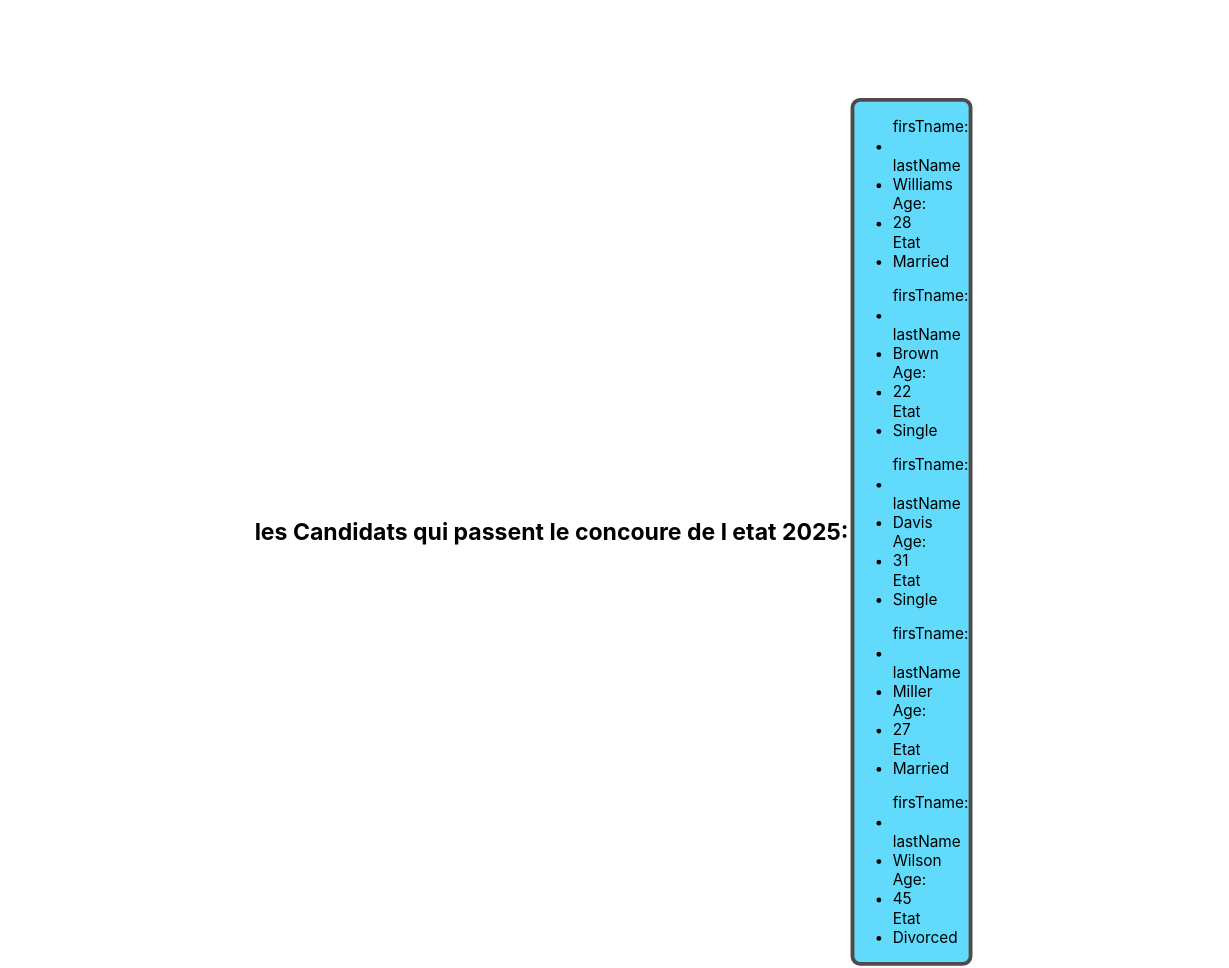
Repository: gounaine/Add_candidat
Page: /
An editor plug-in stored every save of this project. The page is shown before and after the next save, followed by the edit.
The browser window is 1280 px wide. The pictures show the whole page, at 96% of full size.
The project was rebuilt for these pictures with package versions that can differ from the ones it lists, and the page was loaded fresh each time.

Above is the page before, as saved 2024-05-26 20:37:39.

### src/index.js
import React from 'react';
import ReactDOM from 'react-dom/client';
import './index.css';
import App from './App';
import Person from './person';
import reportWebVitals from './reportWebVitals';
import data from './data';


const root = ReactDOM.createRoot(document.getElementById('root'));
root.render(
  <React.StrictMode>
    <App/>
    <Person data={data }></Person>


  </React.StrictMode>
);

// If you want to start measuring performance in your app, pass a function
// to log results (for example: reportWebVitals(console.log))
// or send to an analytics endpoint. Learn more: https://bit.ly/CRA-vitals
reportWebVitals();

### src/App.js


import './App.css';

function App(props) {
  console.log(props)
  return (
    <div className="App">
      <h2>{props.firstName}</h2>
      <h2>{props.children}</h2>
    </div>
  );
}

export default App;

### src/person.js
import React from 'react';

export default function Person({ data }) {
  return (<>
    <h2>les Candidats qui passent le concoure de l etat 2025:</h2>
    <div className="Card">
      {
      data.map((element, index) => (

        <ul key={index}>
          firsTname:<li>{element.firsTname}</li>
          lastName<li>{element.lastName}</li>
          Age:<li>{element.Age}</li>
          Etat<li>{element.Etat}</li>

        </ul>
      ))}

    </div></>
  );
}

### src/data.js
const data = [
    { firstName: 'Alice', lastName: 'Williams', Age: 28, Etat: 'Married' },
    { firstName: 'Bob', lastName: 'Brown', Age: 22, Etat: 'Single' },
    { firstName: 'Charlie', lastName: 'Davis', Age: 31, Etat: 'Single' },
    { firstName: 'Diana', lastName: 'Miller', Age: 27, Etat: 'Married' },
    { firstName: 'Ethan', lastName: 'Wilson', Age: 45, Etat: 'Divorced' }
  ];

  export default data ;

### src/App.css
.App {
  text-align: center;
}

.App-logo {
  height: 40vmin;
  pointer-events: none;
}

@media (prefers-reduced-motion: no-preference) {
  .App-logo {
    animation: App-logo-spin infinite 20s linear;
  }
}

.App-header {
  background-color: #282c34;
  min-height: 100vh;
  display: flex;
  flex-direction: column;
  align-items: center;
  justify-content: center;
  font-size: calc(10px + 2vmin);
  color: white;
}

.App-link {
  color: #61dafb;
}

@keyframes App-logo-spin {
  from {
    transform: rotate(0deg);
  }
  to {
    transform: rotate(360deg);
  }
}

.Card{
  background-color:#61dafb;
  border: 4px solid rgb(81, 74, 74);
  margin: 2px;
  border-radius: 10px;

}




#root{
  display: flex;
  justify-content: center;
  align-items:center;
  margin-top: 100px;



}

Loaded but not shown: public/index.html (common file); src/index.css (common file); src/reportWebVitals.js (common file)

After the next save:
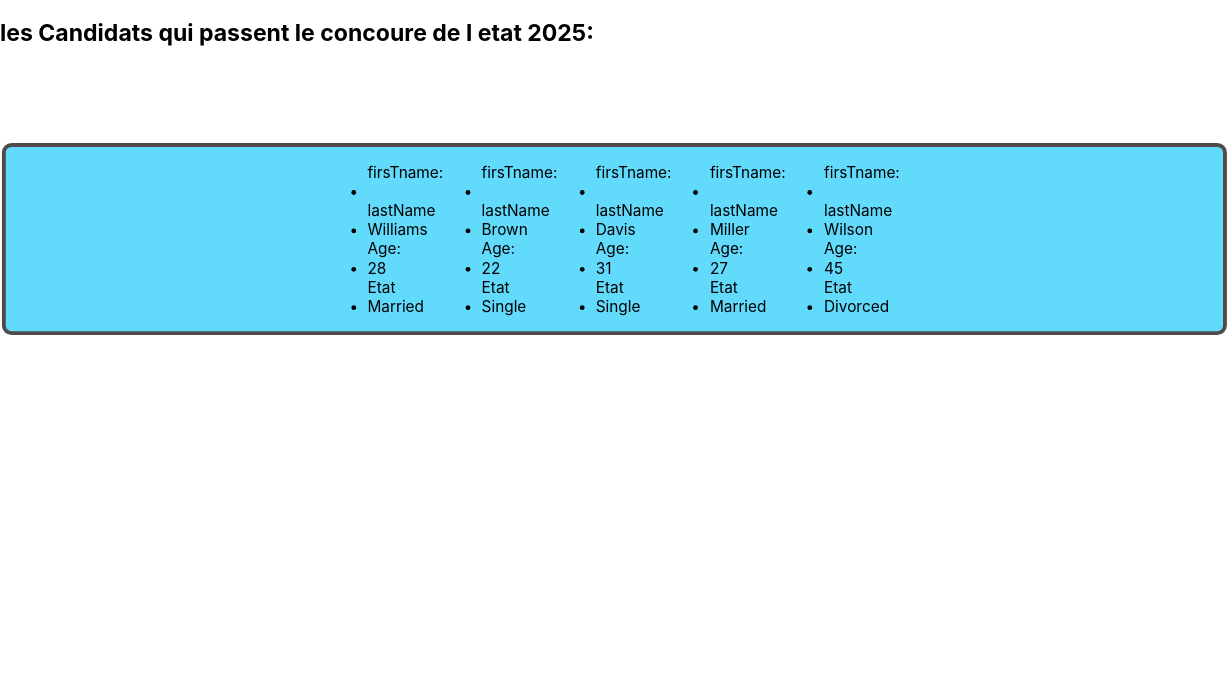
Saved 38 s later.
--- a/src/App.css
+++ b/src/App.css
@@ -42,18 +42,9 @@
   border: 4px solid rgb(81, 74, 74);
   margin: 2px;
   border-radius: 10px;
-
-}
-
-
-
-
-#root{
-  display: flex;
+ display: flex;
   justify-content: center;
   align-items:center;
   margin-top: 100px;
 
-
-
 }
